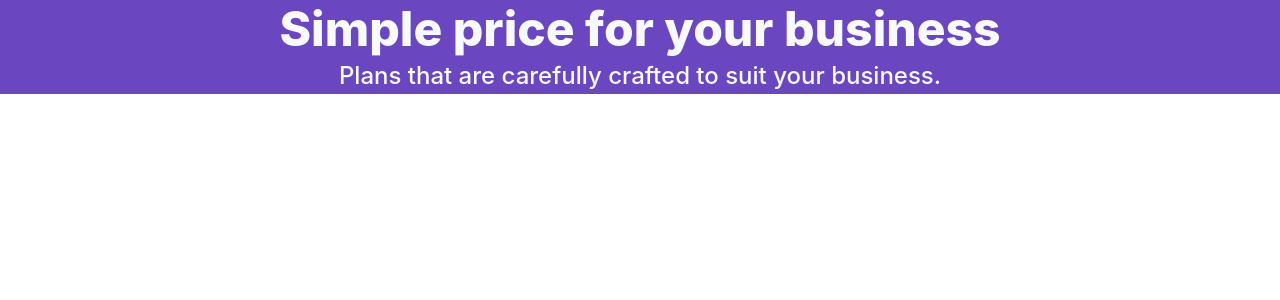
Repository: noutijo/learn-in-depth-chakra-ui
Page: /
The author's editor kept a copy of each file at every save. The page is drawn from the files as they stood at one save, then again after the next save.
The browser window is 1280 px wide. The pictures show the whole page.
The project was rebuilt for these pictures with package versions that can differ from the ones it lists, and the page was loaded fresh each time. Also part of the build but not shown: vite.config.ts.

Above is the page before, as saved 2023-01-30 14:56:33.

### src/main.tsx
import React from 'react'
import ReactDOM from 'react-dom/client'
import App from './App'
import { ChakraProvider } from "@chakra-ui/react"

ReactDOM.createRoot(document.getElementById('root') as HTMLElement).render(
  <ChakraProvider>
  <React.StrictMode>
    <App />
  </React.StrictMode>
  </ChakraProvider>,
)

### src/App.tsx
//import './App.css'
import { Box, Flex, Stack, VStack, HStack } from "@chakra-ui/react";
import { Header } from "./components/Header";

export default function App() {
  return (
    <div className="App">
      <Box m="auto">
      <Header />
      </Box>
    </div>
  );
}

### src/components/Header.tsx
//import './App.css'
import { Box, Heading, Text, Flex } from "@chakra-ui/react";

export function Header() {
  return (
    <Box  color="#F7FAFC" justify="center" align="center" direction={"column"} bg="#6b46c1">
      <Heading fontWeight={800} fontSize={"48px"}>
        Simple price for your business
      </Heading>
      <Text fontWeight={500} fontSize={"24px"}>
        Plans that are carefully crafted to suit your business.
      </Text>
    </Box>
  );
}

Loaded but not shown: index.html (common file)

After the next save:
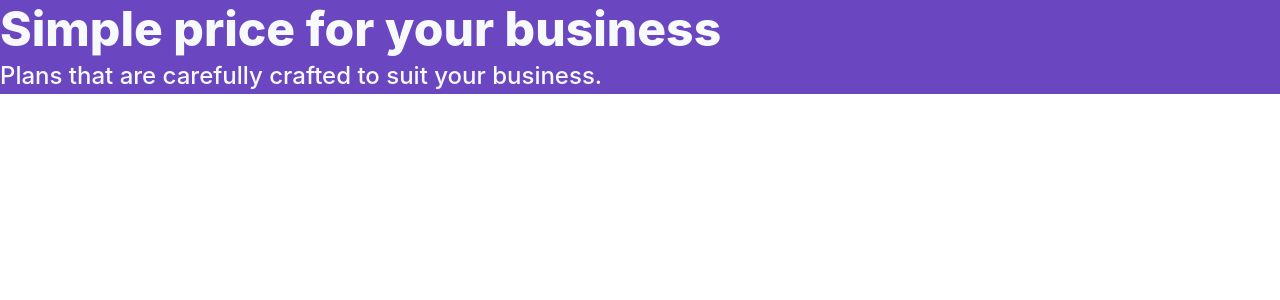
Saved 10 s later.
--- a/src/components/Header.tsx
+++ b/src/components/Header.tsx
@@ -3,7 +3,7 @@ import { Box, Heading, Text, Flex } from "@chakra-ui/react";
 
 export function Header() {
   return (
-    <Box  color="#F7FAFC" justify="center" align="center" direction={"column"} bg="#6b46c1">
+    <Box  color="#F7FAFC" bg="#6b46c1">
       <Heading fontWeight={800} fontSize={"48px"}>
         Simple price for your business
       </Heading>
